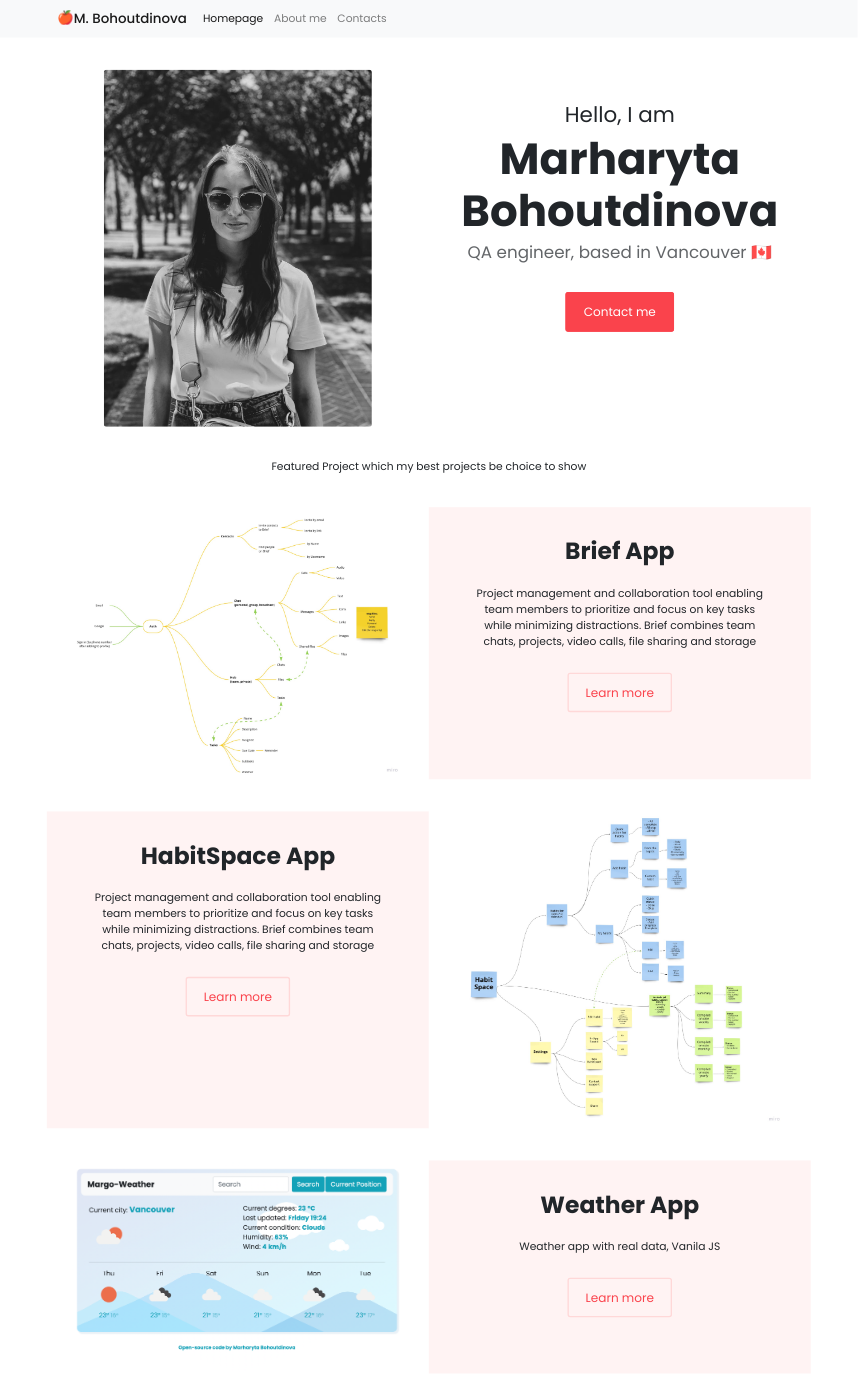
Repository: Bohoutdinova/Portfolio_week-4
Page: index.html
The author's editor kept a copy of each file at every save. The page is drawn from the files as they stood at one save, then again after the next save.
The browser window is 1280 px wide. The pictures show the whole page, at 67% of full size.

Above is the page before, as saved 2022-08-11 19:26:31.

### index.html
<!DOCTYPE html>
<html lang="en">
  <head>
    <meta charset="UTF-8" />
    <meta http-equiv="X-UA-Compatible" content="IE=edge" />
    <meta name="viewport" content="width=device-width, initial-scale=1.0" />
    <title>M. Bohoutdinova - QA engineer</title>
    <meta
      name="description"
      content="M. Bohoutdinova - QA engineer, situated in Vancouver"
    />
    <link
      rel="stylesheet"
      href="https://cdn.jsdelivr.net/npm/bootstrap@4.3.1/dist/css/bootstrap.min.css"
      integrity="sha384-ggOyR0iXCbMQv3Xipma34MD+dH/1fQ784/j6cY/iJTQUOhcWr7x9JvoRxT2MZw1T"
      crossorigin="anonymous"
    />
    <script
      src="https://code.jquery.com/jquery-3.3.1.slim.min.js"
      integrity="sha384-q8i/X+965DzO0rT7abK41JStQIAqVgRVzpbzo5smXKp4YfRvH+8abtTE1Pi6jizo"
      crossorigin="anonymous"
    ></script>
    <script
      src="https://cdn.jsdelivr.net/npm/popper.js@1.14.7/dist/umd/popper.min.js"
      integrity="sha384-UO2eT0CpHqdSJQ6hJty5KVphtPhzWj9WO1clHTMGa3JDZwrnQq4sF86dIHNDz0W1"
      crossorigin="anonymous"
    ></script>
    <script
      src="https://cdn.jsdelivr.net/npm/bootstrap@4.3.1/dist/js/bootstrap.min.js"
      integrity="sha384-JjSmVgyd0p3pXB1rRibZUAYoIIy6OrQ6VrjIEaFf/nJGzIxFDsf4x0xIM+B07jRM"
      crossorigin="anonymous"
    ></script>
    <link rel="stylesheet" href="/src/style.css" />
    <link rel="preconnect" href="https://fonts.googleapis.com" />
    <link rel="preconnect" href="https://fonts.gstatic.com" crossorigin />
    <link rel="preconnect" href="https://fonts.googleapis.com" />
    <link rel="preconnect" href="https://fonts.gstatic.com" crossorigin />
    <link
      href="https://fonts.googleapis.com/css2?family=Abril+Fatface&family=Poppins:wght@100;400;500;700&display=swap"
      rel="stylesheet"
    />
  </head>
  <body>
    <nav class="navbar navbar-expand-lg navbar-light bg-light">
      <div class="container">
        <a class="navbar-brand" href="/index.html" title="Homepage"
          >M. Bohoutdinova</a
        >
        <button
          class="navbar-toggler"
          type="button"
          data-toggle="collapse"
          data-target="#navbarNav"
          aria-controls="navbarNav"
          aria-expanded="false"
          aria-label="Toggle navigation"
        >
          <span class="navbar-toggler-icon"></span>
        </button>
        <div class="collapse navbar-collapse" id="navbarNav">
          <ul class="navbar-nav">
            <li class="nav-item active">
              <a class="nav-link" href="/index.html" title="Homepage"
                >Homepage <span class="sr-only">(current)</span></a
              >
            </li>
            <li class="nav-item">
              <a class="nav-link" href="#" title="About M. Bohoutdinova"
                >About me</a
              >
            </li>
            <li class="nav-item">
              <a class="nav-link" href="#" title="Contact with M. Bohoutdinova"
                >Contacts</a
              >
            </li>
          </ul>
        </div>
      </div>
    </nav>
    <div class="container mt-5">
      <div class="row">
        <div class="col d-none d-lg-block">
          <img
            src="/images/photo.jpg"
            alt="My photo"
            width="400"
            class="img-fluid rounded"
          />
        </div>
        <div class="col hero-page mt-5">
          <h2>Hello, I am</h2>
          <h1>Marharyta Bohoutdinova</h1>
          <h3>QA engineer, based in Vancouver 🇨🇦</h3>
          <a href="#" class="contact-me rounded" title="Contact me"
            >Contact me</a
          >
        </div>
      </div>
      <p class="about-app mt-5">
        Featured Project which my best projects be choice to show
      </p>
      <div class="row mt-5">
        <div class="col d-none d-lg-block">
          <img
            src="/images/Brief.jpeg"
            alt="Brief-app"
            class="img-fluid"
            width="500"
          />
        </div>
        <div class="col app">
          <div class="app-description">
            <h2 class="app-name">Brief App</h2>
            <p class="app-description-p">
              Project management and collaboration tool enabling team members to
              prioritize and focus on key tasks while minimizing distractions.
              Brief combines team chats, projects, video calls, file sharing and
              storage
            </p>
            <a href="#" class="app-link rounded" title="Brief - learn more"
              >Learn more</a
            >
          </div>
        </div>
      </div>

      <div class="row mt-5">
        <div class="col app">
          <div class="app-description">
            <h2 class="app-name">HabitSpace App</h2>
            <p class="app-description-p">
              Project management and collaboration tool enabling team members to
              prioritize and focus on key tasks while minimizing distractions.
              Brief combines team chats, projects, video calls, file sharing and
              storage
            </p>
            <a href="#" class="app-link rounded" title="Brief - learn more"
              >Learn more</a
            >
          </div>
        </div>
        <div class="col d-none d-lg-block">
          <img
            src="/images/Habit_space.jpeg"
            alt="HabitSpace-app"
            class="img-fluid"
            width="500"
          />
        </div>
      </div>

      <div class="row mt-5">
        <div class="col d-none d-lg-block">
          <img
            src="/images/Weather-app.png"
            alt="Weather-app"
            class="img-fluid"
            width="500"
          />
        </div>
        <div class="col app">
          <div class="app-description">
            <h2 class="app-name">Weather App</h2>
            <p class="app-description-p">
              Weather app with real data, Vanila JS
            </p>
            <a href="#" class="app-link rounded" title="Brief - learn more"
              >Learn more</a
            >
          </div>
        </div>
      </div>
    </div>
  </body>
</html>

### src/style.css
:root {
  --main-family-font: "Poppins", sans-serif;
  --main-color: #fa434c;
}
body {
  font-family: var(--main-family-font);
}

.navbar-brand {
  position: relative;
  padding-left: 25px;
  font-weight: 500;
}

.navbar-brand:before {
  position: absolute;
  content: "🍎";
  left: 0;
  top: 3px;
}

.navbar-brand:hover:before {
  content: "🍏";
}
.hero-page {
  text-align: center;
}

h2 {
  font-weight: 400;
}
h1 {
  font-weight: 700;
  font-size: 65px;
}
h3 {
  font-size: 25px;
  font-weight: 400;
  opacity: 70%;
}
.hero-page h3 {
  margin-bottom: 60px;
}
img {
  display: block;
  margin: 0 auto;
  text-align: center;
}
.col-sm-6 {
  padding: 0;
}
.contact-me {
  padding: 15px 25px;
  background-color: var(--main-color);
  color: white;
  font-size: 18px;
  border: 2px solid var(--main-color);
}
.contact-me:hover {
  color: var(--main-color);
  background-color: white;
  border-color: var(--main-color);
  text-decoration: none;
}
.about-app {
  text-align: center;
}
.app-name {
  font-size: 35px;
  font-weight: 700;
}
.app {
  background-color: rgb(255, 216, 216, 30%);
}
.app-description {
  padding: 15px 25px;
  margin: 30px;
  text-align: center;
}
.app-description-p {
  margin-top: 30px;
  margin-bottom: 50px;
}
.app-link {
  color: var(--main-color);
  padding: 15px 25px;
  font-size: 18px;
  border: 2px solid rgb(255, 216, 216);
}
.app-link:hover {
  text-decoration: none;
  color: black;
}

After the next save:
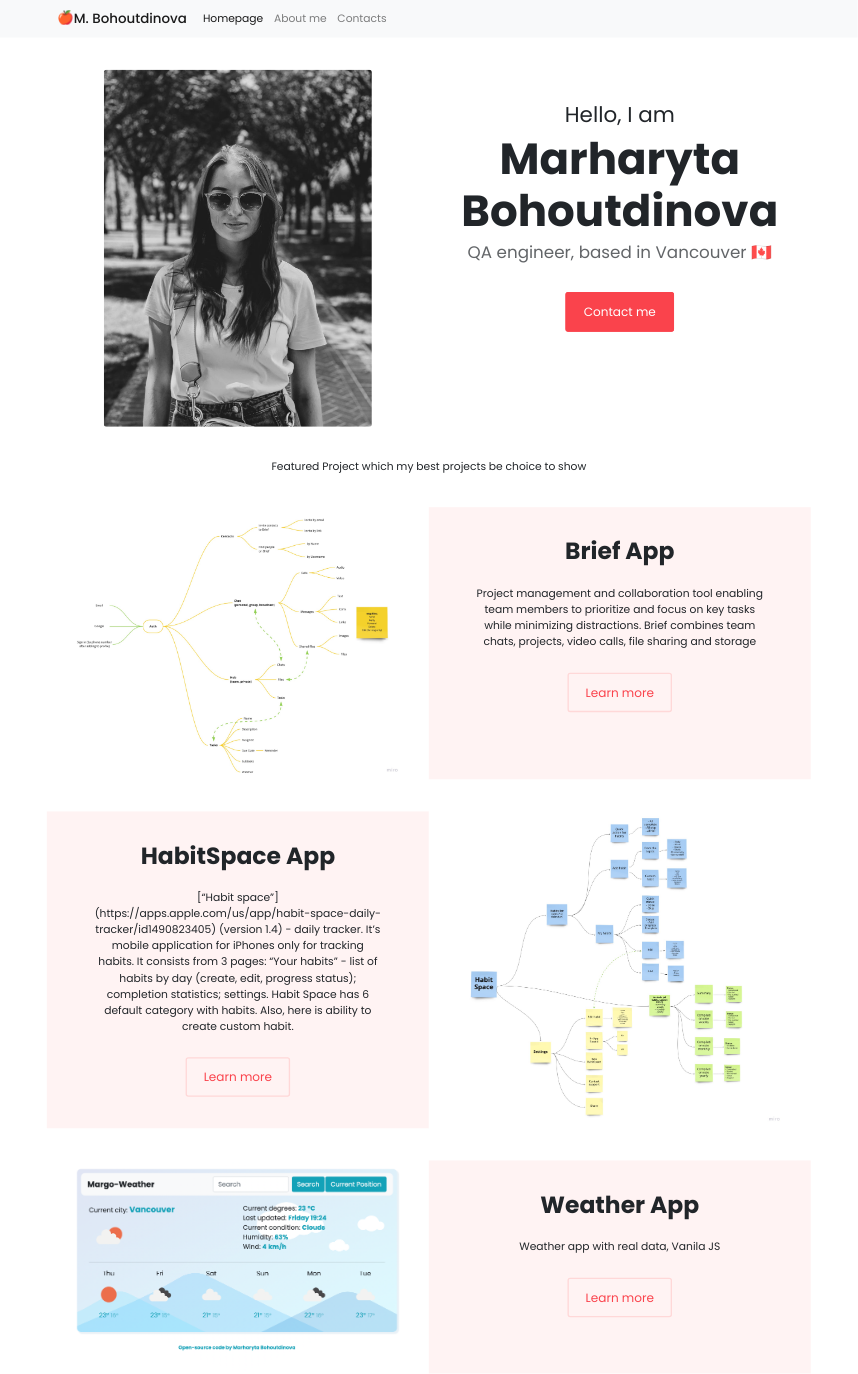
Saved 25 s later.
--- a/index.html
+++ b/index.html
@@ -130,10 +130,14 @@
           <div class="app-description">
             <h2 class="app-name">HabitSpace App</h2>
             <p class="app-description-p">
-              Project management and collaboration tool enabling team members to
-              prioritize and focus on key tasks while minimizing distractions.
-              Brief combines team chats, projects, video calls, file sharing and
-              storage
+              [“Habit
+              space”](https://apps.apple.com/us/app/habit-space-daily-tracker/id1490823405)
+              (version 1.4) - daily tracker. It’s mobile application for iPhones
+              only for tracking habits. It consists from 3 pages: “Your habits”
+              - list of habits by day (create, edit, progress status);
+              completion statistics; settings. Habit Space has 6 default
+              category with habits. Also, here is ability to create custom
+              habit.
             </p>
             <a href="#" class="app-link rounded" title="Brief - learn more"
               >Learn more</a
